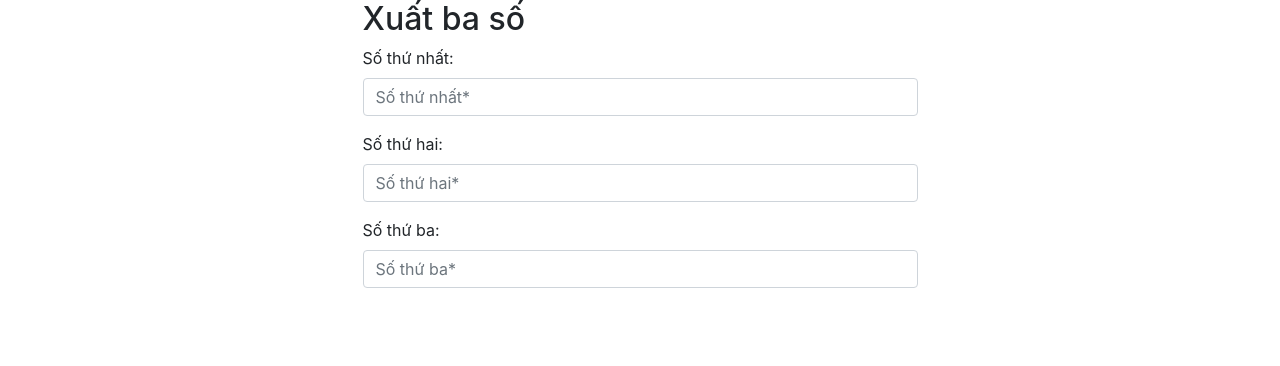
Repository: dovanthao2404/BC14_BaiTap_JS_Buoi_4_dovanthao
Page: html/bai1.html
These files come from the project's save history. The page is drawn as it stood at one moment and after the next save; the edit follows.
The browser window is 1280 px wide. The pictures show the whole page.

Above is the page before, as saved 2021-07-02 00:27:16.

### html/bai1.html
<!DOCTYPE html>
<html lang="en">

<head>
  <meta charset="UTF-8">
  <meta http-equiv="X-UA-Compatible" content="IE=edge">
  <meta name="viewport" content="width=device-width, initial-scale=1.0">
  <title>Document</title>

  <!-- BS4 -->
  <link rel="stylesheet" href="https://cdn.jsdelivr.net/npm/bootstrap@4.6.0/dist/css/bootstrap.min.css"
    integrity="sha384-B0vP5xmATw1+K9KRQjQERJvTumQW0nPEzvF6L/Z6nronJ3oUOFUFpCjEUQouq2+l" crossorigin="anonymous">
</head>

<body>
  <div class="container">
    <form class="w-50 mx-auto">
      <h2>Xuất ba số </h2>
      <div class="form-group">
        <label for="number-1">Số thứ nhất: </label>
        <input type="text" name="" id="number-1" class="form-control" placeholder="Số thứ nhất*">
      </div>
      <div class="form-group">
        <label for="number-2">Số thứ hai: </label>
        <input type="text" name="" id="number-2" class="form-control" placeholder="Số thứ hai*">
      </div>
      <div class="form-group">
        <label for="number-3">Số thứ ba: </label>
        <input type="text" name="" id="number-3" class="form-control" placeholder="Số thứ ba*">
      </div>
    </form>
  </div>
</body>

</html>

After the next save:
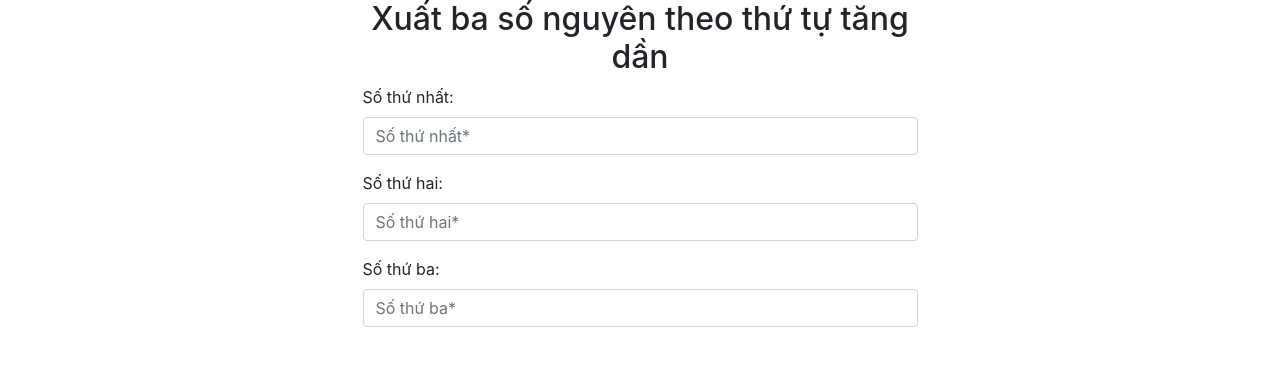
Saved 21 s later.
--- a/html/bai1.html
+++ b/html/bai1.html
@@ -15,7 +15,7 @@
 <body>
   <div class="container">
     <form class="w-50 mx-auto">
-      <h2>Xuất ba số </h2>
+      <h2 class=text-center>Xuất ba số nguyên theo thứ tự tăng dần</h2>
       <div class="form-group">
         <label for="number-1">Số thứ nhất: </label>
         <input type="text" name="" id="number-1" class="form-control" placeholder="Số thứ nhất*">
